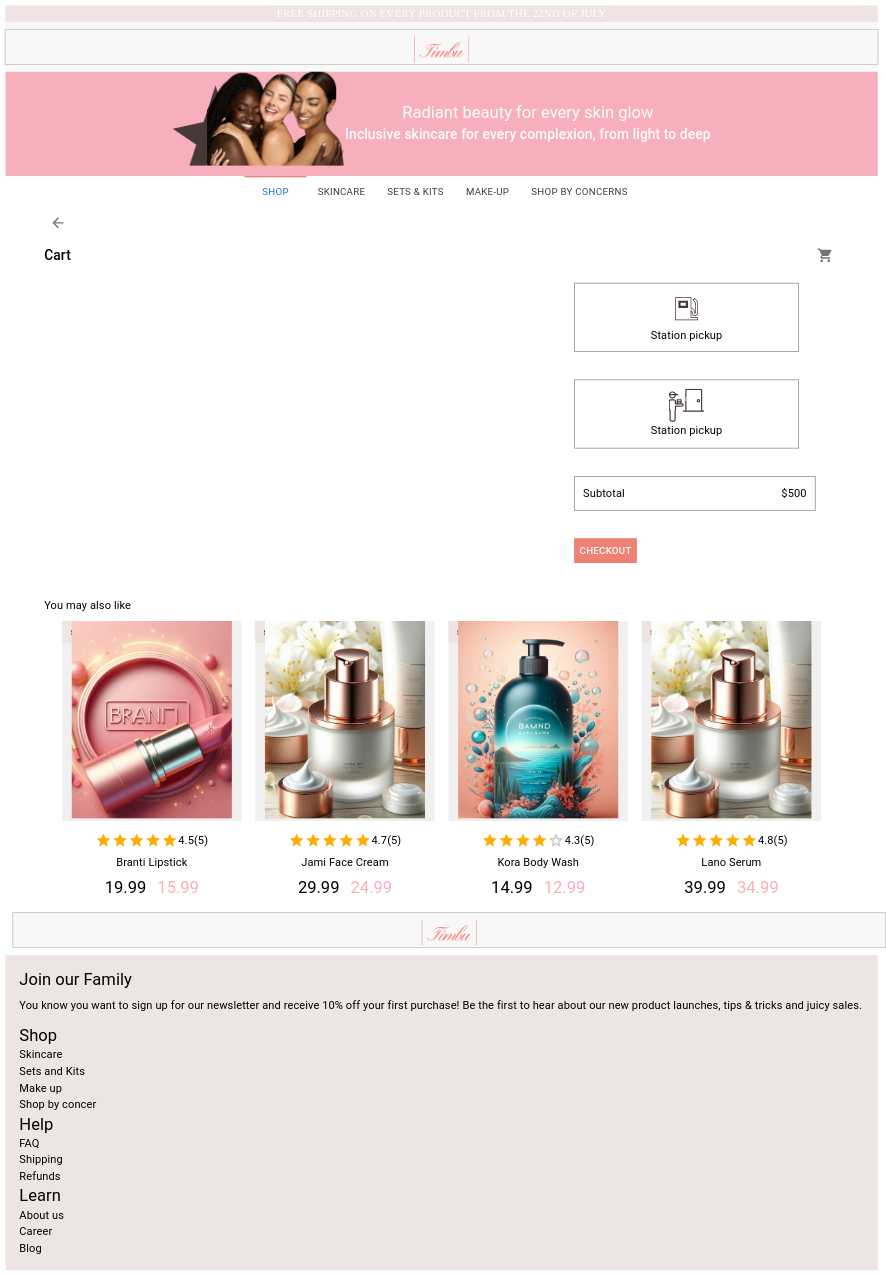
Repository: Armstrong2035/hng-project-two
Page: /cart (app in timbu-store/)
The author's editor kept a copy of each file at every save. The page is drawn from the files as they stood at one save, then again after the next save.
The browser window is 1280 px wide. The page is 1284 px wide, so the pictures cover 1284 px, including what lies to the right of the window. The pictures show the whole page, at 69% of full size.
The project was rebuilt for these pictures with package versions that can differ from the ones it lists, and the page was loaded fresh each time. The framework's server and built-in components were replaced by stand-ins that run in the browser. Also part of the build but not shown: timbu-store/next.config.mjs, timbu-store/src/app/fonts.css, timbu-store/components/Products/Filters.js, timbu-store/components/Products/FiltersMobile.js.

Above is the page before, as saved 2024-07-10 00:48:26.

After the next save:
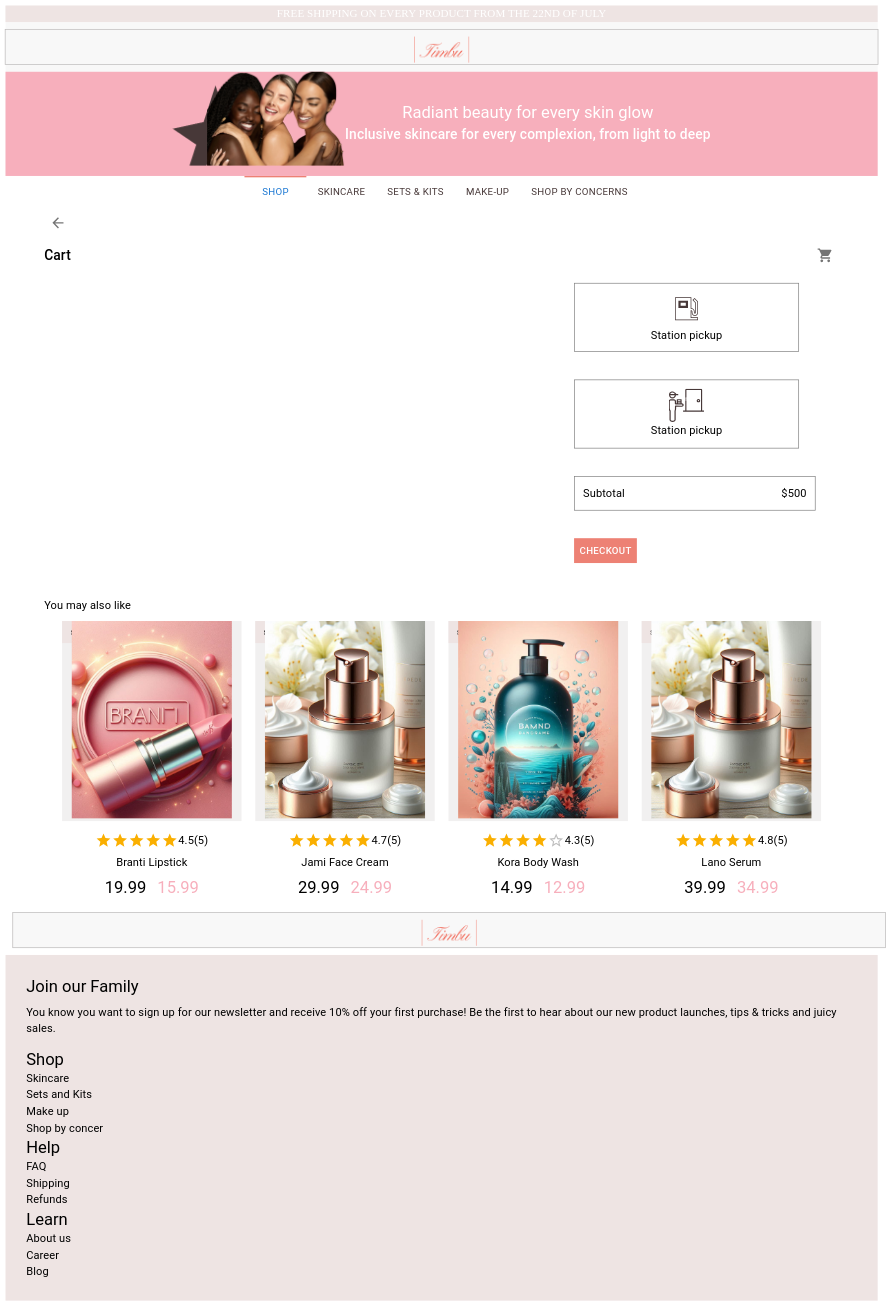
Saved 8 s later.
--- a/timbu-store/components/footer/Footer.js
+++ b/timbu-store/components/footer/Footer.js
@@ -20,7 +20,7 @@ function Footer() {
         sx={{
           inTop: "2rem",
           backgroundColor: "#EEE4E3",
-          padding: "20px",
+          padding: "30px",
         }}
       >
         <Grid container>
